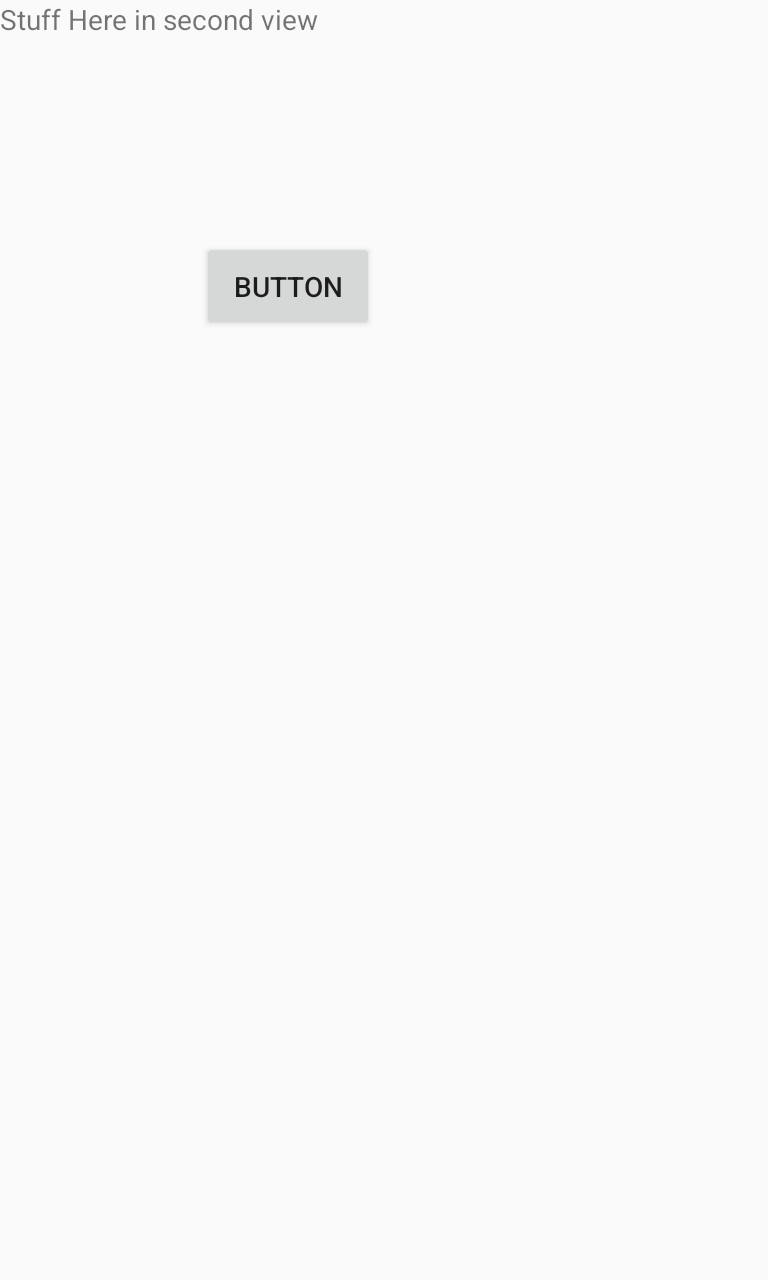
Repository: yuzhehu/workspace-androids
Layout: MyFirstApplication/res/layout/my_view.xml
The author's editor kept a copy of each file at every save. The layout is drawn from the files as they stood at one save, then again after the next save.
It is drawn on a 768 x 1280 px phone screen (xhdpi) without system bars, with theme AppTheme; the app's code is not run.

Above is the layout before, as saved 2014-09-11 19:55:08.

After the next save:
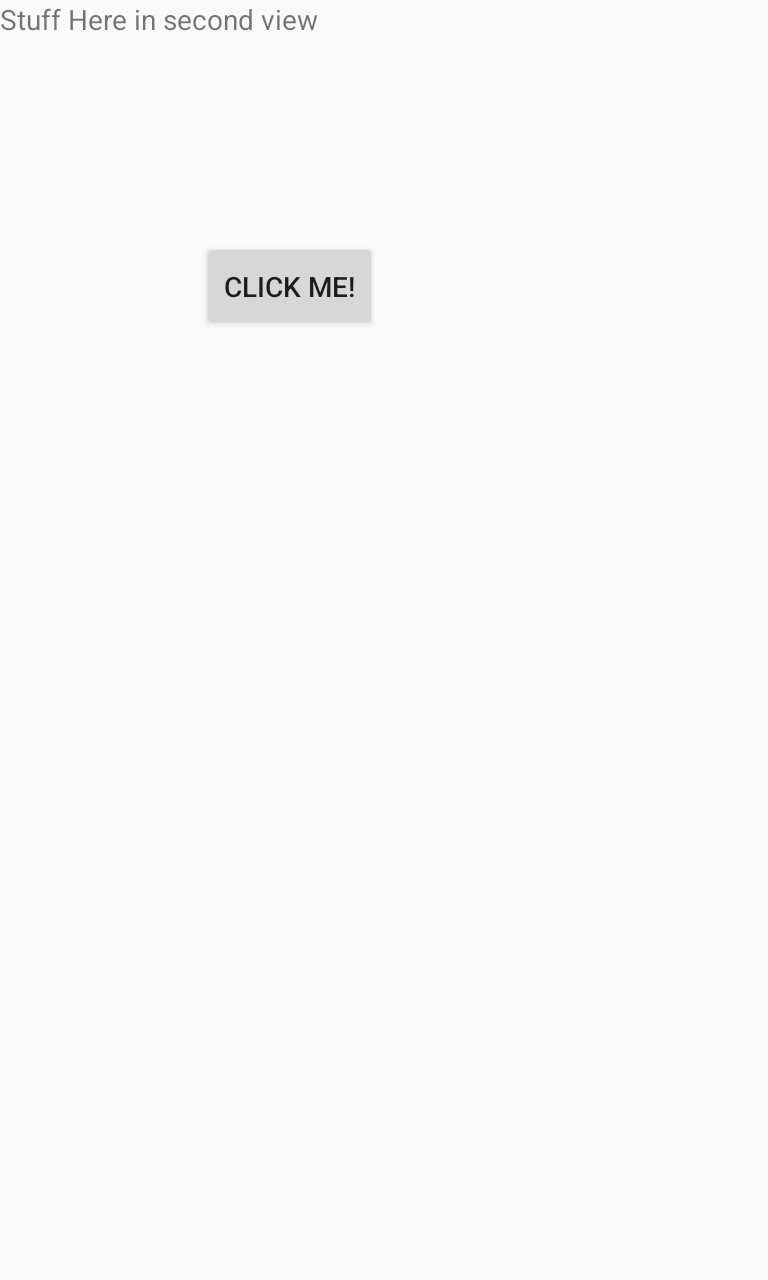
Saved 30 s later.
--- a/MyFirstApplication/res/layout/my_view.xml
+++ b/MyFirstApplication/res/layout/my_view.xml
@@ -16,6 +16,6 @@
         android:layout_height="wrap_content"
         android:layout_marginLeft="100dp"
         android:layout_marginTop="100dp"
-        android:text="Button" />
+        android:text="Click Me!" />
 
 </LinearLayout>
